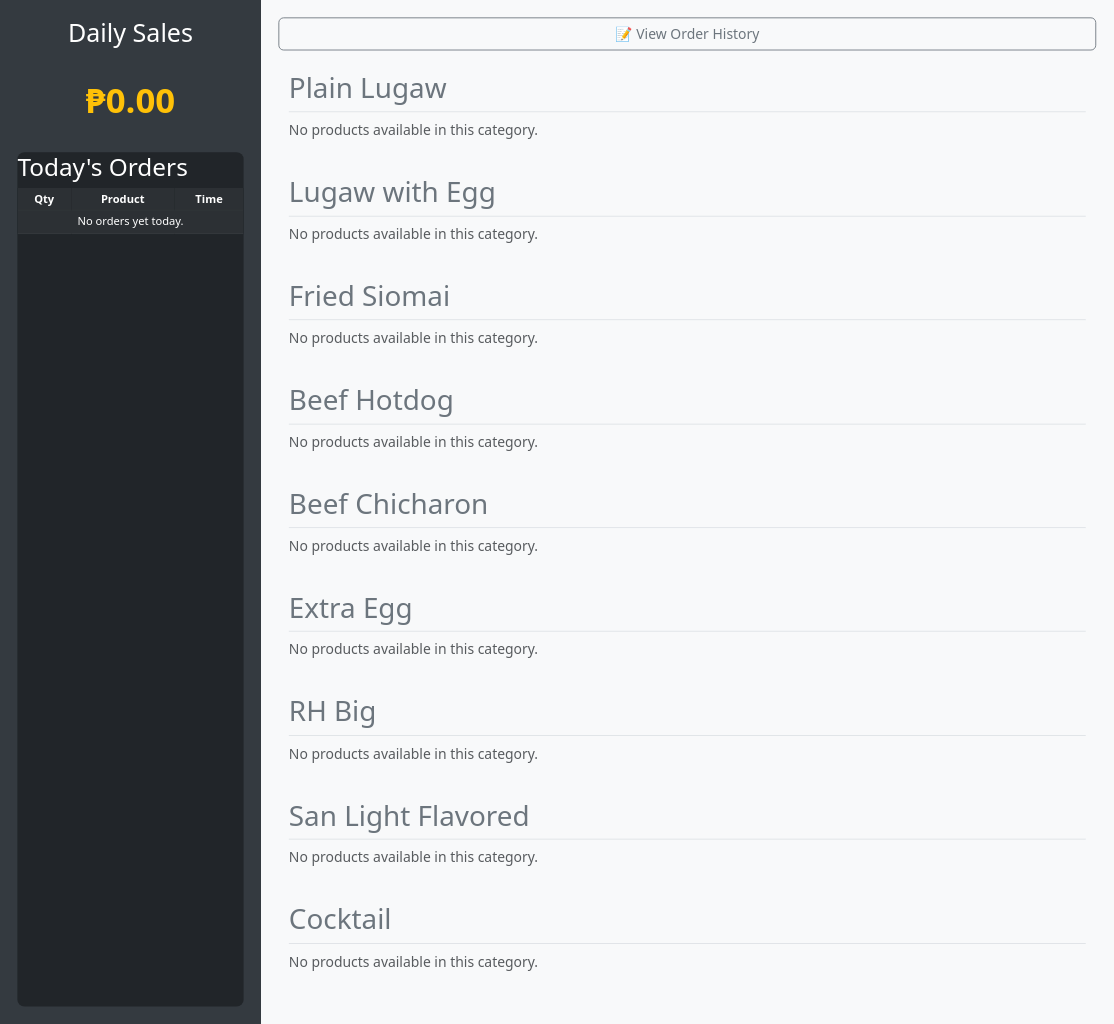
Repository: Jijiluzana225/lugawan_pitlane
Page: http://localhost/menu/
The author's editor kept a copy of each file at every save. The page is drawn from the files as they stood at one save, then again after the next save.
The browser window is 1280 px wide. The pictures show the whole page, at 87% of full size.
The page is served by the project's application, run on Django 5.2 (manage.py). The page reads the database file committed with the project.

Above is the page before, as saved 2025-03-06 10:47:00.

After the next save:
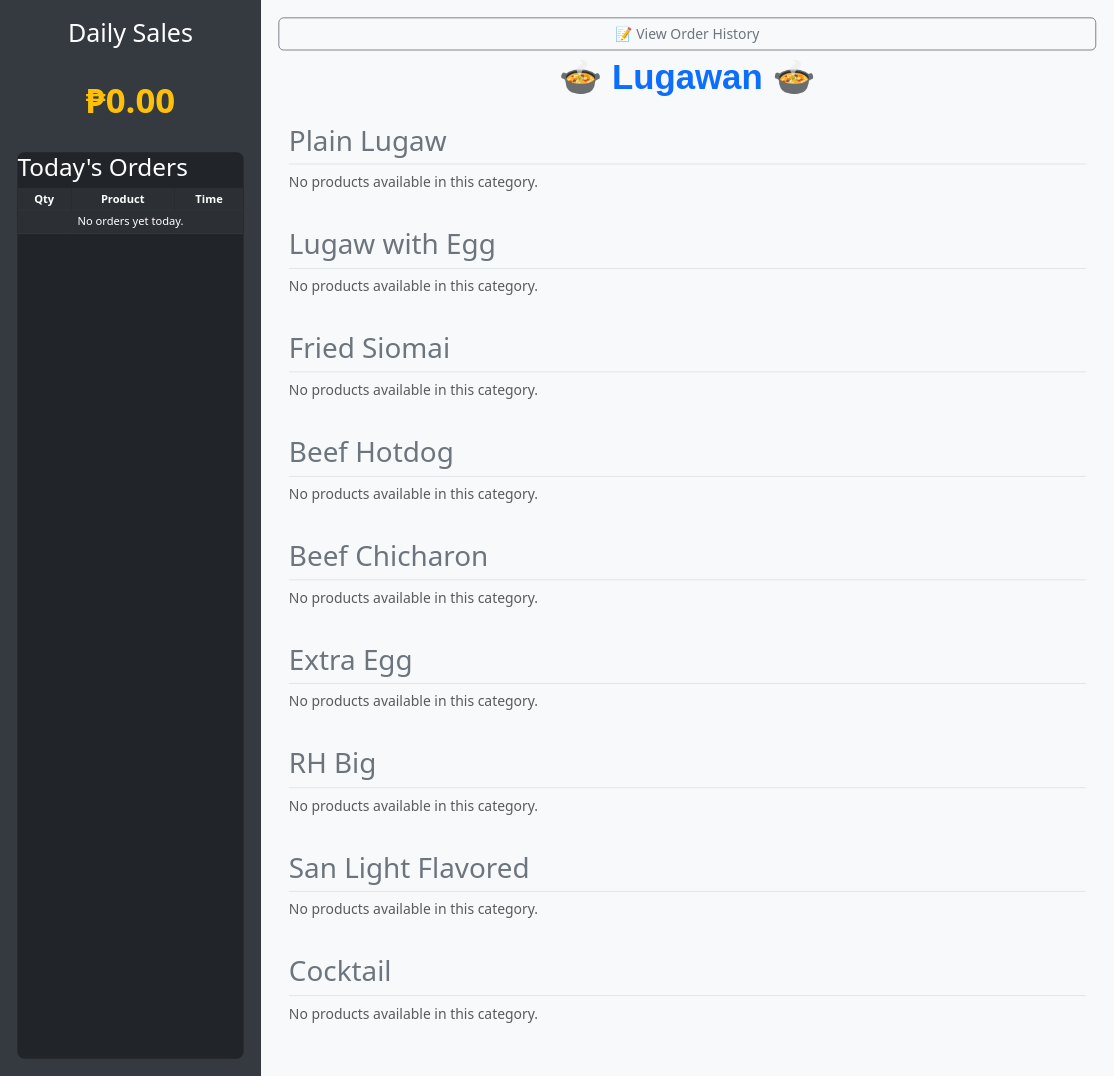
Saved 42 s later.
--- a/pos/templates/pos/base.html
+++ b/pos/templates/pos/base.html
@@ -174,6 +174,10 @@
 
 
         </nav>
+        <a href="{% url 'catalog' %}" class="text-primary fw-bold text-decoration-none d-block text-center"
+        style="font-size: 2.5rem; font-family: 'Arial', sans-serif;">
+         🍲 Lugawan 🍲
+     </a>
 
         {% block content %}{% endblock %}
     </div>
